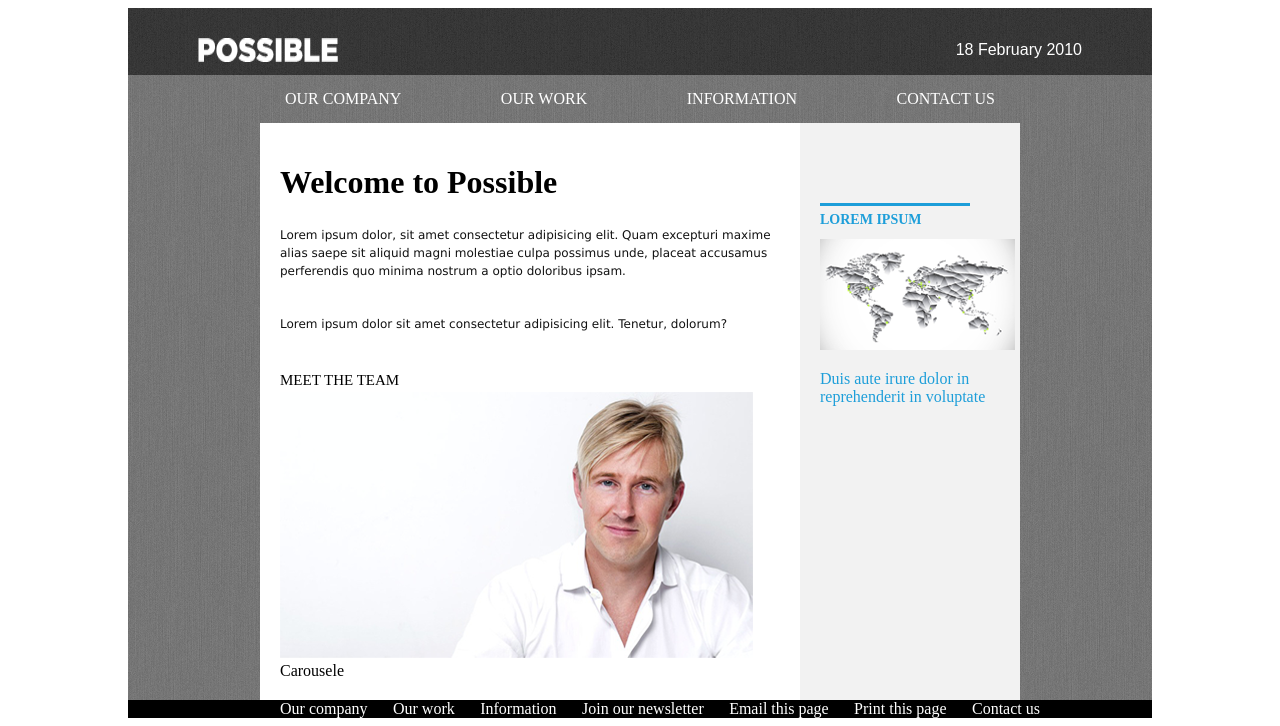
Repository: grzegorzgebala/possible-site
Page: index.html
These files come from the project's save history. The page is drawn as it stood at one moment and after the next save; the edit follows.
The browser window is 1280 px wide. The pictures show the whole page.
The style sheet was rebuilt from its Sass, Less or Tailwind sources for each picture, by a compiler version that may differ from the author's.

Above is the page before, as saved 2020-02-15 22:38:45.

### index.html
<!DOCTYPE html>
<html>
	<head>
		<meta charset="utf-8">
		<link rel="stylesheet" type="text/css" href="css/style.css">
		<title>Possible page</title>
	</head>
	<body>
        <div class="container">
            <header>
                <img src="images/logo.png" alt="possible logo">
                <div class="date">18 February 2010</div>
            </header>
            <nav class="menu">
                <ul>
                    <li>our company</li>
                    <li>our work</li>
                    <li>information</li>
                    <li>contact us</li>
                </ul>
            </nav>
            <div class="mainSite">
                <div class="leftSide">
                    <h1>Welcome to Possible</h1>
                    <article>Lorem ipsum dolor, sit amet consectetur adipisicing elit. Quam excepturi maxime alias saepe sit aliquid magni molestiae culpa possimus unde, placeat accusamus perferendis quo minima nostrum a optio doloribus ipsam.</article>
                    <article>Lorem ipsum dolor sit amet consectetur adipisicing elit. Tenetur, dolorum?</article>
                    <div class="meetTitle">Meet the team</div>
                    <div class="carousel">
                        <img src="/images/employees/picture1.png" alt="possible logo">
                        <div>Carousele</div>
                    </div>
                </div>
                <div class="rightSide">
                    <div class="rightTitle">lorem ipsum</div>
                    <img src="/images/map.png" alt="map">
                    <p>Duis aute irure dolor  in reprehenderit in voluptate</p>
                </div>
            </div>
            <footer>
                <ul>
                    <li>our company</li>
                    <li>our work</li>
                    <li>information</li>
                    <li>join our newsletter</li>
                    <li>email this page</li>
                    <li>print this page</li>
                    <li>contact us</li>
                </ul>
            </footer>
        </div>
	</body>
</html>

### sass/style.scss
// variables
$menuElementsColor: #ffffff;
$contentElementsColor: #000000;
$footerBackgroundColor: #000000;
$menuHooverColor: #000000;
$activeMenuColor: #1d9ed9;
$sideMenuColor: #1d9ed9;
$fontMenu: "Proxima Nova";
$leftSideBackgroundColor: #ffffff;
$rightSideBackgroundColor: #f2f2f2;
$contentHeaderFont: "Proxima Nova";
$contentDescriptionFont: "Verdana";
$contentColor: #121212;

// page style
.container {
    max-width: 1024px;
    margin: 0 auto;
    background-image: url("/images/mainBackground.png");
}

// header style
header {
    background-image: url("/images/backgroundHeader.png");
    display: flex;
    justify-content: space-between;
    padding: 30px 70px 13px 70px;

    .date {
        color: $menuElementsColor;
        // font-size: 12px;
        line-height: 24px;
        font-family: "Arial";
        // font-weight: bold;
    }
}

// menu
.menu ul {
    max-width: 760px;
    margin: 5px auto;
    display: flex;
    justify-content: space-between;
    list-style-type: none;
    color: $menuElementsColor;
    text-transform: uppercase;
    padding: 0;

    :hover {
        background-color: $menuHooverColor;
        color: $activeMenuColor;
        cursor: pointer;
    }

    li {
        padding: 10px 25px;
    }
}

// main content
.mainSite {
    max-width: 760px;
    margin: 0 auto;
    display: flex;
    justify-content: center;
    flex-direction: row;

    .leftSide {
        width: 100%;
        background-color: $leftSideBackgroundColor;
        padding: 20px;

        h1 {
            font-family: $contentHeaderFont;
        }

        article {
            font-family: $contentDescriptionFont;
            font-size: 12px;
            line-height: 18px;
            color: $contentColor;
            margin-top: 25px;
            margin-bottom: 35px;
        }
        .meetTitle {
            font-size: 15px;
            line-height: 24px;
            text-transform: uppercase;
            color: $contentElementsColor;
            font-family: $contentHeaderFont;
        }
    }


    .rightSide {
        background-color: $rightSideBackgroundColor;
        width: 40%;
        padding-left: 20px;

        .rightTitle {
            text-transform: uppercase;
            color: $sideMenuColor;
            font-weight: bold;
            font-size: 14px;
            line-height: 18px;
            border-top: 3px solid $sideMenuColor;
            width: 150px;
            margin-top: 80px;
            margin-bottom: 10px;
            padding-top: 5px;
        }

        p {
            color: $sideMenuColor;
        }
    }

}

// footer
footer {
    background: $footerBackgroundColor;
}

footer ul {
    display: flex;
    justify-content: space-between;
    max-width: 760px;
    margin: 0 auto;
    list-style-type: none;
    color: $menuElementsColor;
    background: $footerBackgroundColor;

    li::first-letter {
        text-transform: uppercase;
    }
}

After the next save:
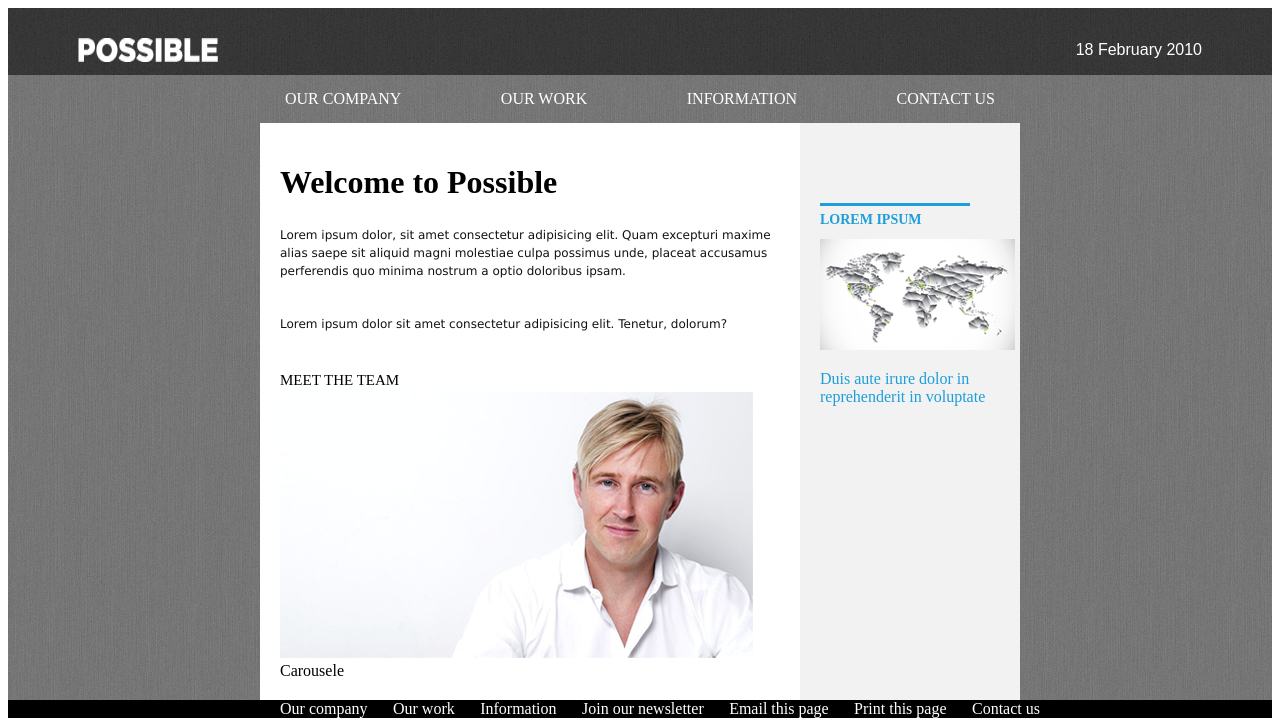
Saved 57 s later.
--- a/sass/style.scss
+++ b/sass/style.scss
@@ -14,7 +14,7 @@
 
 // page style
 .container {
-    max-width: 1024px;
+    // max-width: 1024px;
     margin: 0 auto;
     background-image: url("/images/mainBackground.png");
 }

After the save that followed:
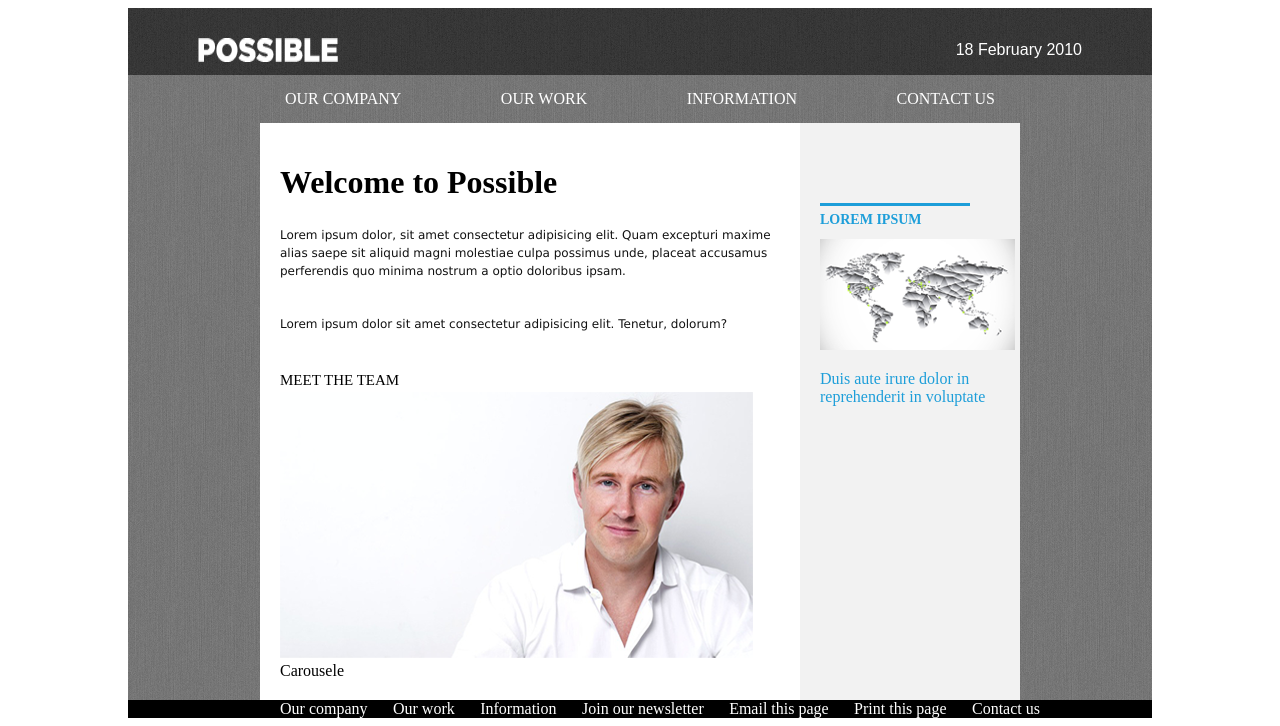
Saved 9 s later.
--- a/sass/style.scss
+++ b/sass/style.scss
@@ -14,7 +14,7 @@
 
 // page style
 .container {
-    // max-width: 1024px;
+    max-width: 1024px;
     margin: 0 auto;
     background-image: url("/images/mainBackground.png");
 }
